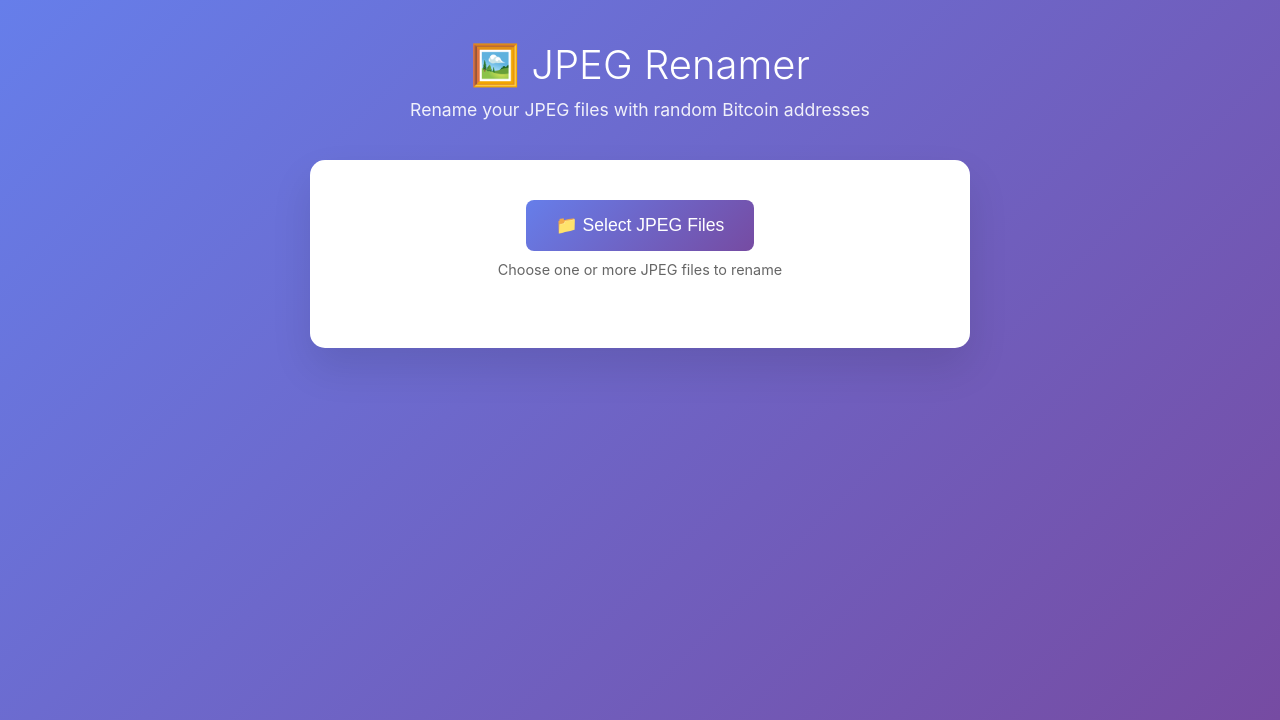
Repository: b0ase/nerd
Page: src/index.html
The author's editor kept a copy of each file at every save. The page is drawn from the files as they stood at one save, then again after the next save.
The browser window is 1280 px wide. The pictures show the whole page.

Above is the page before, as saved 2025-06-03 13:14:38.

### src/index.html
<!DOCTYPE html>
<html lang="en">
<head>
    <meta charset="UTF-8">
    <meta name="viewport" content="width=device-width, initial-scale=1.0">
    <title>JPEG Renamer - Bitcoin Addresses</title>
    <link rel="stylesheet" href="styles.css">
</head>
<body>
    <div class="container">
        <header>
            <h1>🖼️ JPEG Renamer</h1>
            <p>Rename your JPEG files with random Bitcoin addresses</p>
        </header>

        <main>
            <div class="upload-section">
                <button id="selectFiles" class="primary-btn">
                    📁 Select JPEG Files
                </button>
                <p class="hint">Choose one or more JPEG files to rename</p>
            </div>

            <div id="fileList" class="file-list"></div>

            <div id="renameSection" class="rename-section" style="display: none;">
                <button id="renameFiles" class="success-btn">
                    🔄 Rename Files
                </button>
            </div>

            <div id="results" class="results"></div>
        </main>
    </div>

    <script src="renderer.js"></script>
</body>
</html>

### src/styles.css
* {
    margin: 0;
    padding: 0;
    box-sizing: border-box;
}

body {
    font-family: -apple-system, BlinkMacSystemFont, 'Segoe UI', Roboto, Oxygen, Ubuntu, Cantarell, sans-serif;
    background: linear-gradient(135deg, #667eea 0%, #764ba2 100%);
    min-height: 100vh;
    color: #333;
}

.container {
    max-width: 700px;
    margin: 0 auto;
    padding: 40px 20px;
}

header {
    text-align: center;
    margin-bottom: 40px;
    color: white;
}

header h1 {
    font-size: 2.5rem;
    margin-bottom: 10px;
    font-weight: 300;
}

header p {
    font-size: 1.1rem;
    opacity: 0.9;
}

main {
    background: white;
    border-radius: 15px;
    padding: 40px;
    box-shadow: 0 20px 40px rgba(0, 0, 0, 0.1);
    backdrop-filter: blur(10px);
}

.upload-section {
    text-align: center;
    margin-bottom: 30px;
}

.primary-btn, .success-btn, .danger-btn {
    padding: 15px 30px;
    border: none;
    border-radius: 8px;
    font-size: 1.1rem;
    cursor: pointer;
    transition: all 0.3s ease;
    font-weight: 500;
}

.primary-btn {
    background: linear-gradient(135deg, #667eea 0%, #764ba2 100%);
    color: white;
}

.primary-btn:hover {
    transform: translateY(-2px);
    box-shadow: 0 10px 20px rgba(102, 126, 234, 0.3);
}

.success-btn {
    background: linear-gradient(135deg, #4facfe 0%, #00f2fe 100%);
    color: white;
    width: 100%;
}

.success-btn:hover {
    transform: translateY(-2px);
    box-shadow: 0 10px 20px rgba(79, 172, 254, 0.3);
}

.danger-btn {
    background: linear-gradient(135deg, #ff6b6b 0%, #ee5a52 100%);
    color: white;
    padding: 8px 16px;
    font-size: 0.9rem;
}

.danger-btn:hover {
    transform: translateY(-1px);
    box-shadow: 0 5px 15px rgba(255, 107, 107, 0.3);
}

.hint {
    margin-top: 10px;
    color: #666;
    font-size: 0.9rem;
}

.file-list {
    margin: 20px 0;
}

.file-item {
    display: flex;
    justify-content: space-between;
    align-items: center;
    padding: 15px;
    margin: 10px 0;
    background: #f8f9fa;
    border-radius: 8px;
    border-left: 4px solid #667eea;
}

.file-info {
    flex: 1;
}

.file-name {
    font-weight: 500;
    margin-bottom: 5px;
}

.file-path {
    font-size: 0.8rem;
    color: #666;
    font-family: 'Monaco', 'Menlo', 'Ubuntu Mono', monospace;
}

.remove-btn {
    margin-left: 10px;
}

.rename-section {
    margin: 30px 0;
    text-align: center;
}

.results {
    margin-top: 30px;
}

.result-item {
    padding: 15px;
    margin: 10px 0;
    border-radius: 8px;
    display: flex;
    justify-content: space-between;
    align-items: flex-start;
}

.result-success {
    background: #d4edda;
    border-left: 4px solid #28a745;
}

.result-error {
    background: #f8d7da;
    border-left: 4px solid #dc3545;
}

.result-info {
    flex: 1;
}

.result-title {
    font-weight: 500;
    margin-bottom: 5px;
}

.result-details {
    font-size: 0.9rem;
    color: #666;
    font-family: 'Monaco', 'Menlo', 'Ubuntu Mono', monospace;
}

.bitcoin-address {
    background: #e3f2fd;
    padding: 8px 12px;
    border-radius: 6px;
    font-family: 'Monaco', 'Menlo', 'Ubuntu Mono', monospace;
    font-size: 0.85rem;
    margin-top: 5px;
    border: 1px solid #bbdefb;
}

.loading {
    text-align: center;
    padding: 20px;
    color: #666;
}

.loading::after {
    content: '';
    display: inline-block;
    width: 20px;
    height: 20px;
    border: 2px solid #667eea;
    border-radius: 50%;
    border-top-color: transparent;
    animation: spin 1s linear infinite;
    margin-left: 10px;
}

@keyframes spin {
    to {
        transform: rotate(360deg);
    }
}

.empty-state {
    text-align: center;
    color: #666;
    font-style: italic;
    padding: 40px;
}

### src/renderer.js
let selectedFiles = [];

const elements = {
    selectFiles: document.getElementById('selectFiles'),
    fileList: document.getElementById('fileList'),
    renameSection: document.getElementById('renameSection'),
    renameFiles: document.getElementById('renameFiles'),
    results: document.getElementById('results')
};

// Event listeners
elements.selectFiles.addEventListener('click', selectFiles);
elements.renameFiles.addEventListener('click', renameFiles);

async function selectFiles() {
    try {
        const filePaths = await window.electronAPI.selectFiles();
        if (filePaths && filePaths.length > 0) {
            selectedFiles = filePaths;
            displayFileList();
            elements.renameSection.style.display = 'block';
            clearResults();
        }
    } catch (error) {
        console.error('Error selecting files:', error);
        showError('Failed to select files. Please try again.');
    }
}

function displayFileList() {
    if (selectedFiles.length === 0) {
        elements.fileList.innerHTML = '<div class="empty-state">No files selected</div>';
        elements.renameSection.style.display = 'none';
        return;
    }

    const fileItems = selectedFiles.map((filePath, index) => {
        const fileName = filePath.split('/').pop();
        return `
            <div class="file-item">
                <div class="file-info">
                    <div class="file-name">📷 ${fileName}</div>
                    <div class="file-path">${filePath}</div>
                </div>
                <button class="danger-btn remove-btn" onclick="removeFile(${index})">
                    ❌ Remove
                </button>
            </div>
        `;
    }).join('');

    elements.fileList.innerHTML = fileItems;
}

function removeFile(index) {
    selectedFiles.splice(index, 1);
    displayFileList();
    if (selectedFiles.length === 0) {
        elements.renameSection.style.display = 'none';
    }
}

async function renameFiles() {
    if (selectedFiles.length === 0) {
        showError('No files selected for renaming.');
        return;
    }

    // Show loading state
    elements.renameFiles.disabled = true;
    elements.renameFiles.innerHTML = '🔄 Renaming Files...';
    elements.results.innerHTML = '<div class="loading">Processing files, please wait...</div>';

    try {
        const results = await window.electronAPI.renameFiles(selectedFiles);
        displayResults(results);

        // Update the selected files list (remove successfully renamed files)
        const successfulRenames = results.filter(r => r.success).map(r => r.originalPath);
        selectedFiles = selectedFiles.filter(filePath => !successfulRenames.includes(filePath));
        displayFileList();

    } catch (error) {
        console.error('Error renaming files:', error);
        showError('Failed to rename files. Please try again.');
    } finally {
        elements.renameFiles.disabled = false;
        elements.renameFiles.innerHTML = '🔄 Rename Files';
    }
}

function displayResults(results) {
    if (results.length === 0) {
        elements.results.innerHTML = '<div class="empty-state">No results to display</div>';
        return;
    }

    const resultItems = results.map(result => {
        if (result.success) {
            const newFileName = result.newPath.split('/').pop();
            return `
                <div class="result-item result-success">
                    <div class="result-info">
                        <div class="result-title">✅ Successfully renamed</div>
                        <div class="result-details">
                            <strong>Original:</strong> ${result.originalPath.split('/').pop()}<br>
                            <strong>New name:</strong> ${newFileName}
                        </div>
                        <div class="bitcoin-address">
                            Bitcoin Address: ${result.bitcoinAddress}
                        </div>
                    </div>
                </div>
            `;
        } else {
            return `
                <div class="result-item result-error">
                    <div class="result-info">
                        <div class="result-title">❌ Failed to rename</div>
                        <div class="result-details">
                            <strong>File:</strong> ${result.originalPath.split('/').pop()}<br>
                            <strong>Error:</strong> ${result.error}
                        </div>
                    </div>
                </div>
            `;
        }
    }).join('');

    elements.results.innerHTML = resultItems;
}

function showError(message) {
    elements.results.innerHTML = `
        <div class="result-item result-error">
            <div class="result-info">
                <div class="result-title">❌ Error</div>
                <div class="result-details">${message}</div>
            </div>
        </div>
    `;
}

function clearResults() {
    elements.results.innerHTML = '';
}

// Make removeFile function globally accessible
window.removeFile = removeFile;

After the next save:
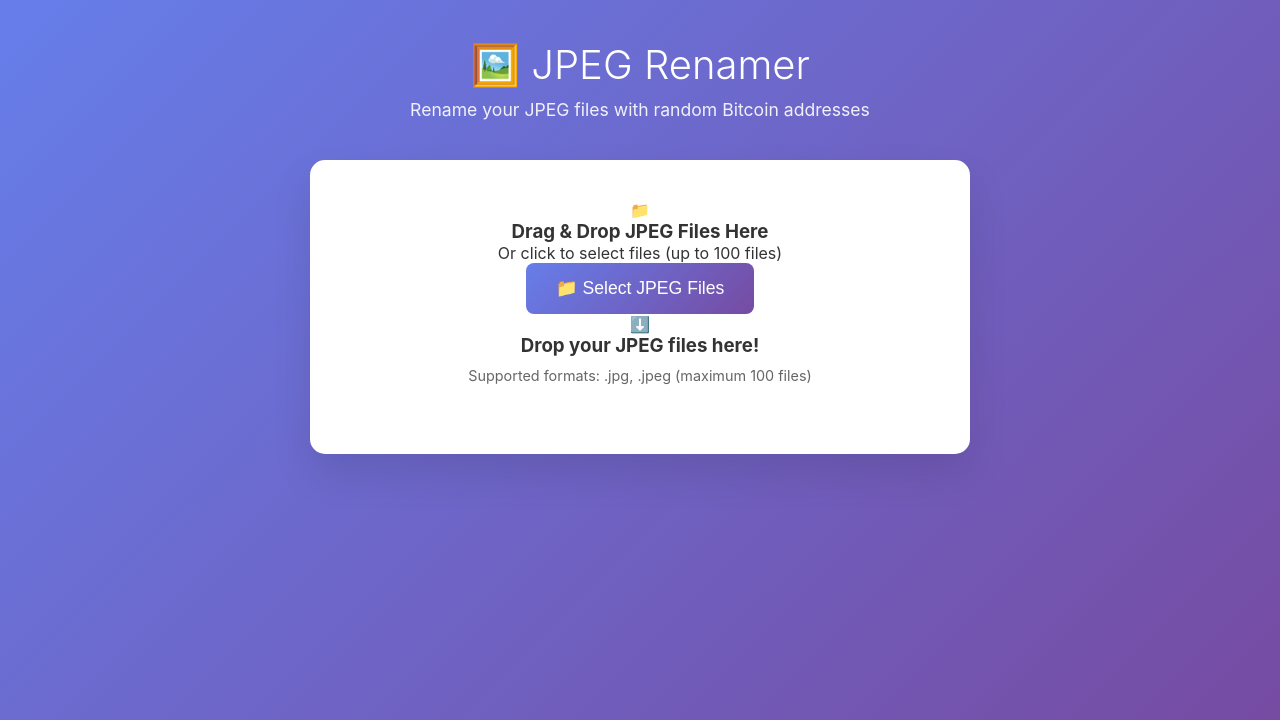
Saved 4 min 1 s later.
--- a/src/index.html
+++ b/src/index.html
@@ -15,10 +15,23 @@
 
         <main>
             <div class="upload-section">
-                <button id="selectFiles" class="primary-btn">
-                    📁 Select JPEG Files
-                </button>
-                <p class="hint">Choose one or more JPEG files to rename</p>
+                <div id="dropZone" class="drop-zone">
+                    <div class="drop-zone-content">
+                        <div class="drop-icon">📁</div>
+                        <h3>Drag & Drop JPEG Files Here</h3>
+                        <p>Or click to select files (up to 100 files)</p>
+                        <button id="selectFiles" class="primary-btn">
+                            📁 Select JPEG Files
+                        </button>
+                    </div>
+                    <div class="drop-overlay">
+                        <div class="drop-overlay-content">
+                            <div class="drop-icon">⬇️</div>
+                            <h3>Drop your JPEG files here!</h3>
+                        </div>
+                    </div>
+                </div>
+                <p class="hint">Supported formats: .jpg, .jpeg (maximum 100 files)</p>
             </div>
 
             <div id="fileList" class="file-list"></div>
